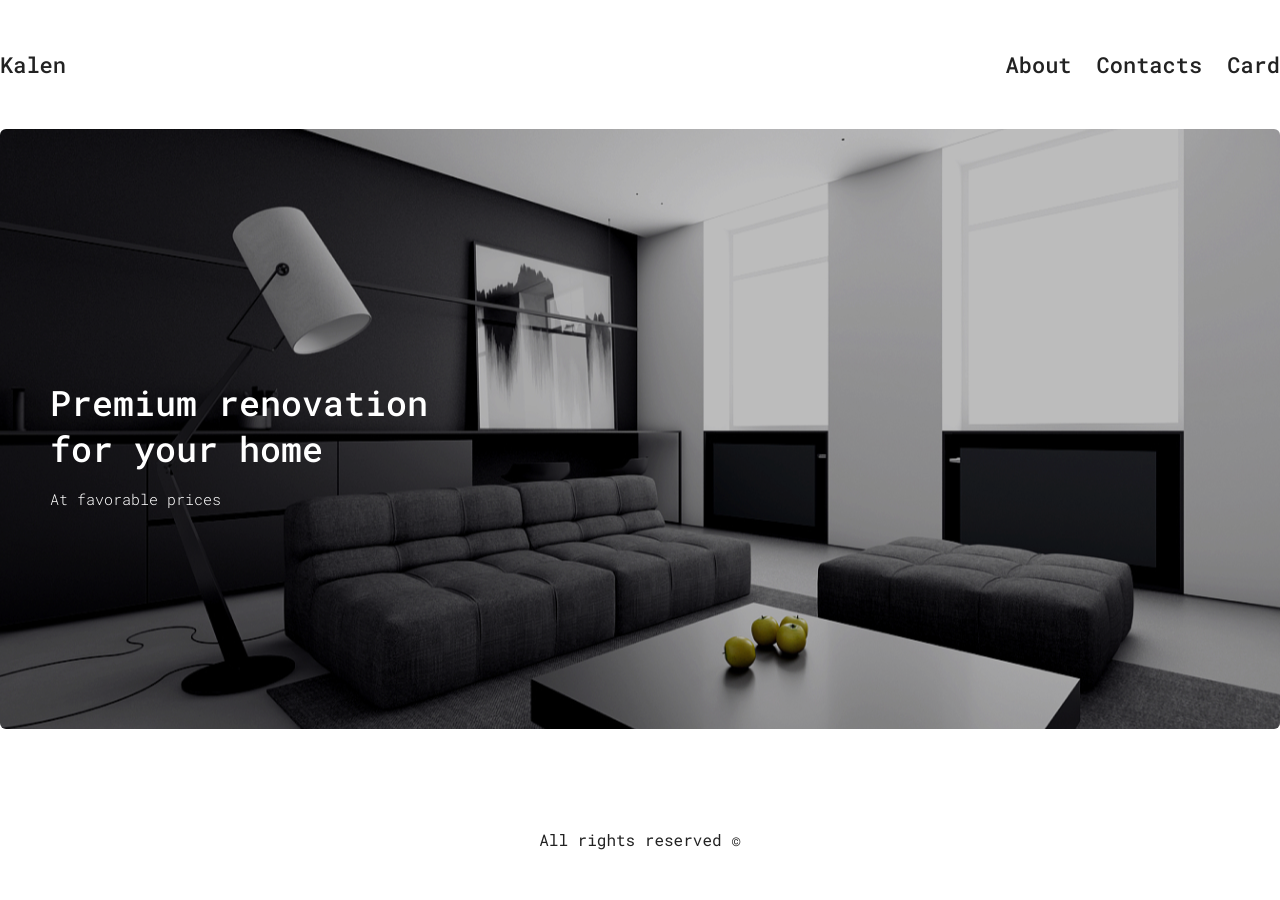
Repository: luckystar20206/e-commerce-react
Page: /
The author's editor kept a copy of each file at every save. The page is drawn from the files as they stood at one save, then again after a run of saves.
The browser window is 1280 px wide. The pictures show the whole page.
The project was rebuilt for these pictures with package versions that can differ from the ones it lists, and the page was loaded fresh each time.

Above is the page before, as saved 2022-11-30 00:09:55.

After the next 5 saves:
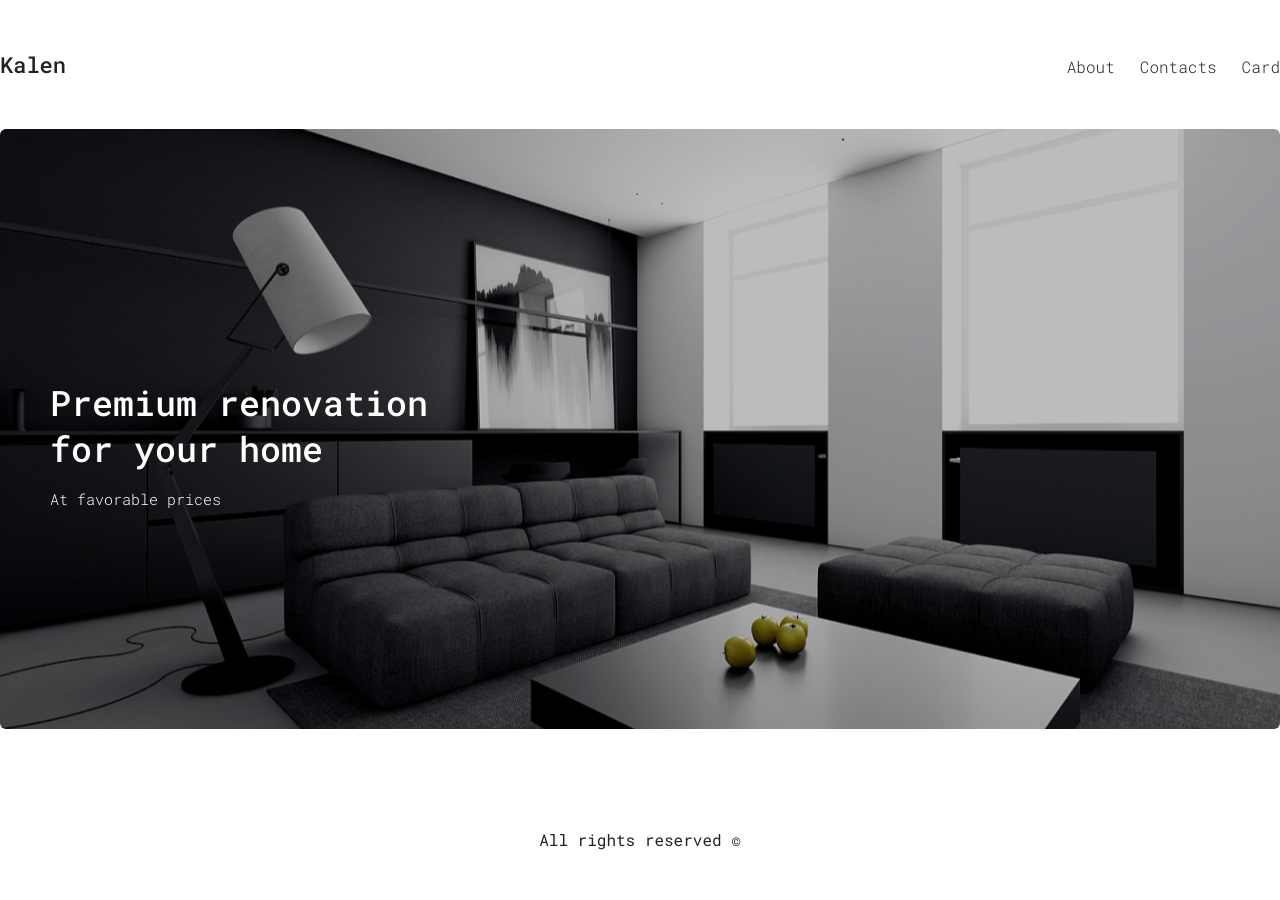
The 5 saves are shown as one change because they came seconds apart.
The last was saved 30 s later.
--- a/src/index.css
+++ b/src/index.css
@@ -29,6 +29,8 @@ body {
 	display: inline;
 	margin-left: 25px;
 	cursor: pointer;
+	font-size: 16px;
+	font-weight: 300;
 }
 
 .header__images {
